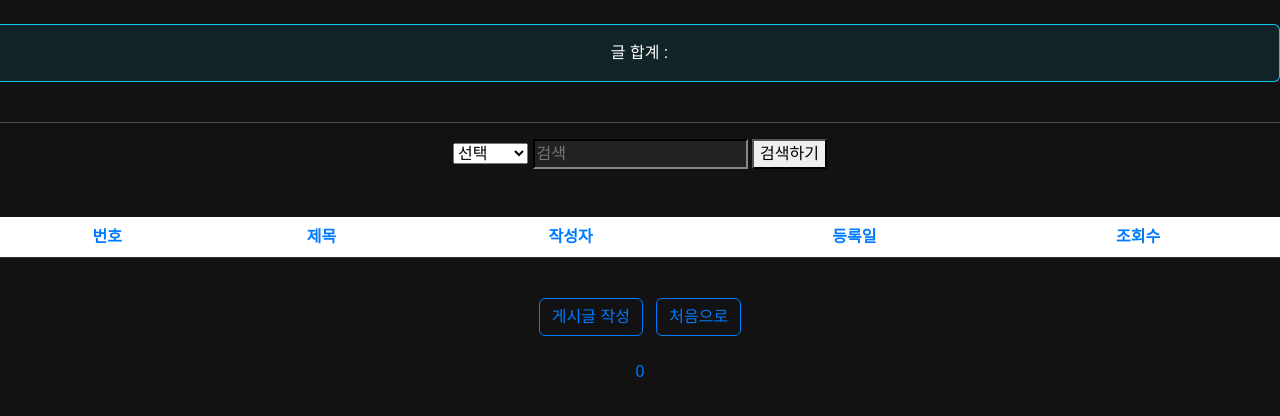
Repository: bbqju13/simai
Page: http://localhost/zip/WEB-INF/views/board/list.jsp
These files come from the project's save history. The page is drawn as it stood at one moment and after the next save; the edit follows.
The browser window is 1280 px wide. The pictures show the whole page.
The page is served by Tomcat 9. Nobody is signed in. The template is opened directly, without the code that normally fills it, so the values that code supplies are empty.

Above is the page before, as saved 2023-06-20 00:17:54.

After the next save:
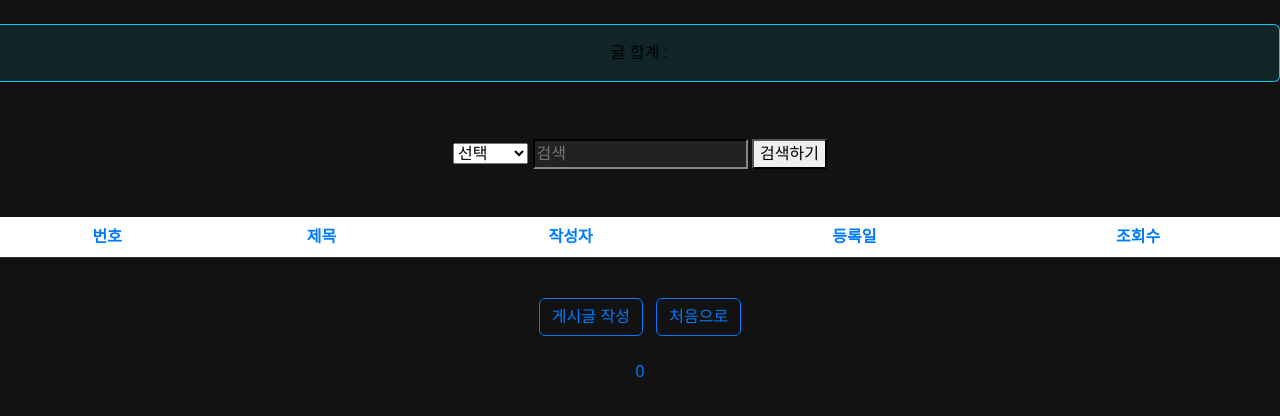
Saved 28 s later.
--- a/zip/src/main/webapp/resources/css/list.css
+++ b/zip/src/main/webapp/resources/css/list.css
@@ -2,7 +2,7 @@
 
 body {
 	background-color: #121212;
-	color: #fff;
+	color: black;
 	font-family: Arial, sans-serif;
 	margin: 0;
 	padding: 0;
